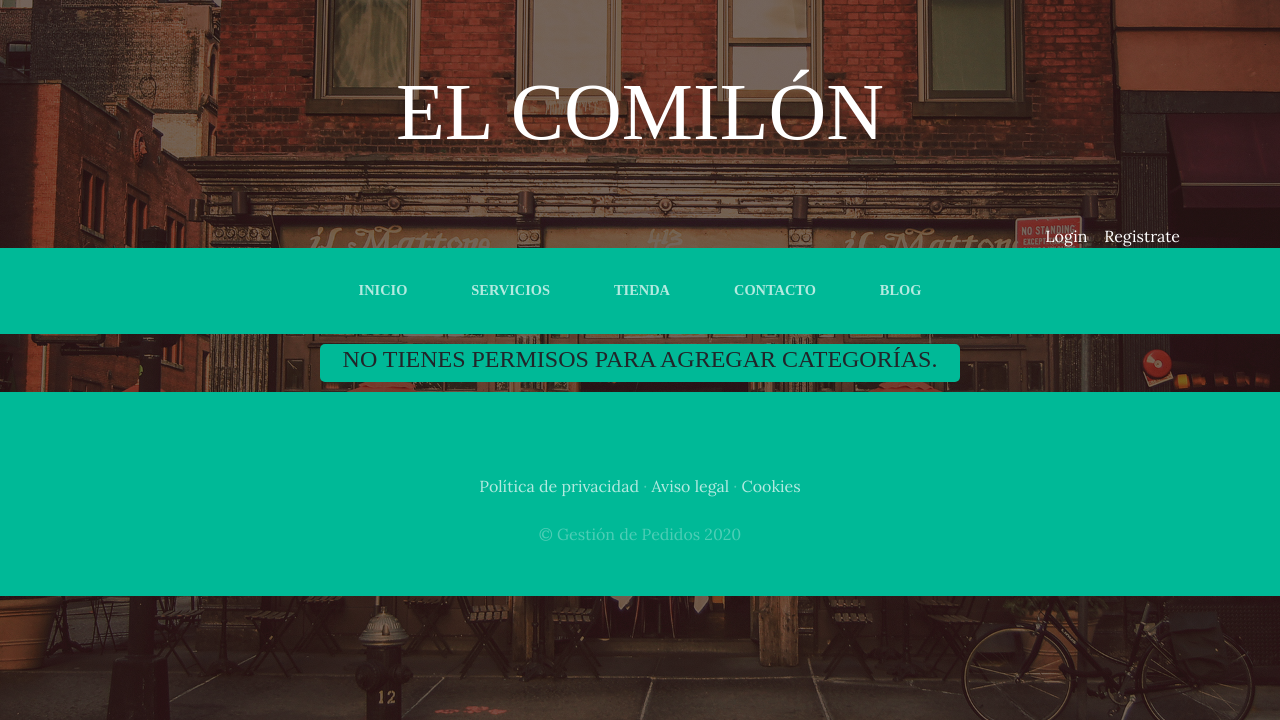
Repository: MatLarrea/Entrega_Elcomilon
Page: http://localhost/tienda/agregar_categoria/
An editor plug-in stored every save of this project. The page is shown before and after the next save, followed by the edit.
The browser window is 1280 px wide. The pictures show the whole page.
Some web fonts or font styles are not loaded; a fallback is used. The page is served by the project's application, run on Django 5.2 (manage.py). Other server files are loaded and not shown.

Above is the page before, as saved 2024-07-11 22:42:05.
Console error: TypeError: Cannot read properties of null (reading 'addEventListener')

### TiendaApp/templates/tienda/agregar_categoria.html
{% extends 'layouts/base.html'%}

{% load static %}


{% block content %}
{% if user.is_superuser %}
<div class="formularioContacto" style="text-align: center;">
    <h1 style="color: white;">Agregar Categoría</h1>
    <form method="post">
        {% csrf_token %}
        <table style="margin:20px auto; color: white;">
        {{ form.as_table }}
        </table>
        <button type="submit" style="display: block; margin: 0 auto;">Guardar Categoría</button>
    </form>
</div>
<div class="formularioContacto" style="text-align: center;">
    <h2 style="color: white; margin-top: 30px;">Listado de Categorías</h2>
    <ul style="list-style-type: none; padding: 0;">
        {% for categoria in categorias %}
        <li style="margin-bottom: 10px;">
            {{ categoria.nombre }}
            <form method="post" action="{% url 'borrar_categoria' categoria.id %}" style="display: inline;">
                {% csrf_token %}
                <button type="submit" style="margin-left: 10px;">Eliminar</button>
            </form>
        </li>
        {% empty %}
        <li style="color: white;">No hay categorías disponibles.</li>
        {% endfor %}
    </ul>
</div>
{% else %}
<div class="formularioContacto">
    <H4 style="text-align: center;">NO TIENES PERMISOS PARA AGREGAR CATEGORÍAS.</H4>
</div>
{% endif %}

{% endblock%}

### Carrito/context_processor.py
from django.contrib import messages

def importe_total_carro(request):

    total = 0

    if request.user.is_authenticated:
        for key, value in request.session["carrito"].items():
            total = total + float(value["precio"])
    else:
        total = "Error"
    return {"importe_total_carro":total}

### Tienda_OnlineApp/templates/layouts/base.html
<html>

<head>


    {% load static %}
    <!-- Bootstrap -->
    <link href="{% static 'Tienda_OnlineApp/vendor/bootstrap/css/bootstrap.min.css' %}" rel="stylesheet">

    <!-- Fonts -->

    <link href="https://fonts.googleapis.com/css2?family=Raleway:wght@300&display=swap" rel="stylesheet">
    <link href="https://fonts.googleapis.com/css?family=Lora:400,400i,700,700i" rel="stylesheet">


    <!-- Styles -->
    <link href="{% static 'Tienda_OnlineApp/css/gestion.css' %}" rel="stylesheet">
</head>

<body>

    <h1 class="site-heading text-center text-white d-none d-lg-block">

        <span class="site-heading-lower">El comilón</span>
    </h1>

    <div style="text-align: right; margin-right: 100px; color: white;">

        {% if user.is_authenticated %}
           Bienvenido {{user.username}} &nbsp;&nbsp; <a href="{% url 'cerrar_sesion'%}" style="color: white;"> Cerrar sesión</a>
        {% else %}
            <a href="{% url 'logear' %}" style="color: white;">Login</a> &nbsp;&nbsp; <a href="{% url 'registro'%}" style="color: white;">Registrate</a>
        {% endif %}
    </div>
    <!-- Navbar -->
    <nav class="navbar navbar-expand-lg navbar-dark py-lg-4" id="mainNav">
        <div class="container">
            <a class="navbar-brand text-uppercase text-expanded font-weight-bold d-lg-none" href="home.html">Gestión de Pedidos
            </a>
            <button class="navbar-toggler" type="button" data-toggle="collapse" data-target="#navbarResponsive"
                aria-controls="navbarResponsive" aria-expanded="false" aria-label="Toggle navigation">
                <span class="navbar-toggler-icon"></span>
            </button>
            <div class="collapse navbar-collapse" id="navbarResponsive">
                <ul class="navbar-nav mx-auto">
                    <li class="nav-item {% if request.path == '/' %}active{% endif %} px-lg-4">
                        <a class="nav-link text-uppercase text-expanded" href="{% url 'home' %}">Inicio</a>
                    </li>
                    <li class="nav-item {% if request.path == '/servicios/' %}active{% endif %} px-lg-4">
                        <a class="nav-link text-uppercase text-expanded" href="{% url 'servicios' %}">Servicios</a>
                    </li>
                    <li class="nav-item {% if request.path == '/tienda/' %}active{% endif %} px-lg-4">
                        <a class="nav-link text-uppercase text-expanded" href="{% url 'tienda' %}">Tienda</a>
                    </li>
                    <li class="nav-item {% if request.path == '/contacto/' %}active{% endif %} px-lg-4">
                        <a class="nav-link text-uppercase text-expanded" href="{% url 'contacto' %}">Contacto</a>
                    </li>
                    <li class="nav-item {% if request.path|slice:':6' == '/blog/' %}active{% endif %} px-lg-4">
                        <a class="nav-link text-uppercase text-expanded" href="{% url 'blog' %}">Blog</a>
                    </li>
                    {% if user.is_superuser %}
                        <li class="nav-item {% if request.path == '/agregar_categoria/' %}active{% endif %} px-lg-4">
                            <a class="nav-link text-uppercase text-expanded" href="{% url 'agregar_categoria' %}">Administracion Categorias</a>
                        </li>
                        <li class="nav-item {% if request.path == '/agregar_producto/' %}active{% endif %} px-lg-4">
                            <a class="nav-link text-uppercase text-expanded" href="{% url 'agregar_producto' %}">Administracion Productos</a>
                        </li>
                    {% endif %}
                </ul>
            </div>
        </div>
    </nav>

    <!-- Contenido de las paginas-->
    {% block content%}

    {% endblock %}

    <!-- Footer -->
    <footer class="footer text-faded text-center py-5">
        <div class="container">
            <p class="m-0">
                <a href="#" class="link">
                    <span class="fa-stack fa-lg">
                        <i class="fa fa-circle fa-stack-2x"></i>
                        <i class="fa fa-twitter fa-stack-1x fa-inverse"></i>
                    </span>
                </a>
                <a href="#" class="link">
                    <span class="fa-stack fa-lg">
                        <i class="fa fa-circle fa-stack-2x"></i>
                        <i class="fa fa-facebook fa-stack-1x fa-inverse"></i>
                    </span>
                </a>
                <a href="#" class="link">
                    <span class="fa-stack fa-lg">
                        <i class="fa fa-circle fa-stack-2x"></i>
                        <i class="fa fa-instagram fa-stack-1x fa-inverse"></i>
                    </span>
                </a>
            </p>
            <p class="m-0 mbt">
                <a href="sample.html" class="link">Política de privacidad</a> ·
                <a href="sample.html" class="link">Aviso legal</a> ·
                <a href="sample.html" class="link">Cookies</a>
            </p>
            <p class="m-0 mbt1">&copy; Gestión de Pedidos 2020</p>
        </div>
    </footer>

    <!-- Bootstrap -->
    <script src="{% static 'Tienda_OnlineApp/vendor/jquery/jquery.min.js' %}"></script>
    <script src="{% static 'Tienda_OnlineApp/vendor/bootstrap/js/bootstrap.bundle.min.js' %}"></script>
    <script src="{% static 'Tienda_OnlineApp/js/gestion.js' %}"></script>
</body>

</html>

### TiendaApp/forms.py
from django import forms
from .models import Categoria_producto, Producto

class CategoriaProductoForm(forms.ModelForm):
    class Meta:
        model = Categoria_producto
        fields = ['nombre']

class ProductoForm(forms.ModelForm):
    class Meta:
        model = Producto
        fields = ['nombre', 'precio', 'categorias', 'imagen', 'disponibilidad']

### TiendaApp/models.py
from django.db import models

# Create your models here.
class Categoria_producto(models.Model):
    nombre = models.CharField(max_length=100, unique=True)
    created = models.DateTimeField(auto_now_add=True)
    updated = models.DateTimeField(auto_now_add=True)

    class Meta:
        verbose_name = "categoria_producto"
        verbose_name_plural = "categorias_producto"

    def __str__(self):
        return self.nombre

class Producto(models.Model):
    nombre = models.CharField(max_length=50)
    precio = models.FloatField()
    categorias =  models.ForeignKey(Categoria_producto, on_delete=models.CASCADE)
    imagen = models.ImageField(upload_to="tienda", null=True, blank=True)
    disponibilidad = models.BooleanField(default=True)
    created = models.DateTimeField(auto_now_add=True)
    updated = models.DateTimeField(auto_now_add=True)

    class Meta:
        verbose_name = "producto"
        verbose_name_plural = "productos"

    def __str__(self):
        return self.nombre

### TiendaApp/views.py
from django.shortcuts import render, redirect, get_object_or_404
from .models import Producto, Categoria_producto
from .forms import CategoriaProductoForm, ProductoForm
from django.contrib import messages
from django.db import IntegrityError

# Create your views here.
def tienda(request):
    productos = Producto.objects.all()
    return render(request, "tienda/tienda.html", {"productos":productos})

def agregar_categoria(request):
    if request.method == 'POST':
        form = CategoriaProductoForm(request.POST)
        if form.is_valid():
            nombre_categoria = form.cleaned_data['nombre']
            try:
                form.save()
                messages.success(request, f'Categoría "{nombre_categoria}" agregada correctamente.')
                return redirect('agregar_categoria')  # Redirige a la misma página de agregar categoría
            except IntegrityError:
                messages.error(request, f'La categoría "{nombre_categoria}" ya existe.')
    else:
        form = CategoriaProductoForm()

    categorias = Categoria_producto.objects.all()  # Obtener todas las categorías desde la base de datos

    return render(request, 'tienda/agregar_categoria.html', {'form': form, 'categorias': categorias})

def borrar_categoria(request, categoria_id):
    categoria = get_object_or_404(Categoria_producto, pk=categoria_id)
    if request.method == 'POST':
        categoria.delete()
        messages.success(request, f'Categoría "{categoria.nombre}" eliminada correctamente.')
        return redirect('agregar_categoria')  # Redirige de nuevo a la misma página de agregar categoría
    return redirect('agregar_categoria')  # En caso de que no sea POST, redirige a la misma página de agregar categoría

def agregar_producto(request):
    if request.method == 'POST':
        form = ProductoForm(request.POST, request.FILES)
        if form.is_valid():
            form.save()
            return redirect('agregar_producto')
    else:
        form = ProductoForm()

    productos = Producto.objects.all()
    context = {
        'form': form,
        'productos': productos,
    }
    return render(request, 'tienda/agregar_producto.html', context)

def borrar_producto(request, producto_id):
    producto = get_object_or_404(Producto, id=producto_id)
    if request.method == 'POST':
        producto.delete()
        return redirect('agregar_producto')

    return render(request, 'tienda/agregar_producto.html', {'producto': producto})

### Tienda_Online/urls.py
"""
URL configuration for Tienda_Online project.

The `urlpatterns` list routes URLs to views. For more information please see:
    https://docs.djangoproject.com/en/5.0/topics/http/urls/
Examples:
Function views
    1. Add an import:  from my_app import views
    2. Add a URL to urlpatterns:  path('', views.home, name='home')
Class-based views
    1. Add an import:  from other_app.views import Home
    2. Add a URL to urlpatterns:  path('', Home.as_view(), name='home')
Including another URLconf
    1. Import the include() function: from django.urls import include, path
    2. Add a URL to urlpatterns:  path('blog/', include('blog.urls'))
"""
from django.contrib import admin
from django.urls import path, include
from django.conf import settings
from django.conf.urls.static import static

urlpatterns = [
    path('admin/', admin.site.urls),
    path('', include("Tienda_OnlineApp.urls")),
    path('servicios/', include("ServiciosApp.urls")),
    path('blog/', include("BlogApp.urls")),
    path('contacto/', include("ContactoApp.urls")),
    path('tienda/', include("TiendaApp.urls")),
    path('carrito/', include("Carrito.urls")),
    path('auth/', include("AutentificacionApp.urls")),
]

urlpatterns += static(settings.MEDIA_URL, document_root = settings.MEDIA_ROOT)

### ServiciosApp/urls.py
from django.urls import path
from . import views

urlpatterns = [
    path('', views.servicios, name="servicios"),
]

### BlogApp/urls.py
from django.urls import path
from . import views

urlpatterns = [
    path('', views.blog, name="blog"),
    path('categoria/<categoria_id>/', views.categoria, name="categoria"),
]

### ContactoApp/urls.py
from django.urls import path
from . import views

urlpatterns = [
    path('', views.contacto, name="contacto"),
]

### TiendaApp/urls.py
from django.urls import path
from . import views
from .views import agregar_categoria


urlpatterns = [
    path('', views.tienda, name="tienda"),
    path('agregar_categoria/', views.agregar_categoria, name='agregar_categoria'),
    path('borrar_categoria/<int:categoria_id>/', views.borrar_categoria, name='borrar_categoria'),
    path('agregar_producto/', views.agregar_producto, name='agregar_producto'),
    path('borrar_producto/<int:producto_id>/', views.borrar_producto, name='borrar_producto'),
]

### Carrito/urls.py
from django.urls import path
from . import views

app_name = "ctienda"

urlpatterns = [

    path("agregar/<int:producto_id>/", views.agregar_producto, name="agregar"),
    path("eliminar/<int:producto_id>/", views.eliminar_producto, name="eliminar"),
    path("restar/<int:producto_id>/", views.restar_producto, name="restar"),
    path("limpiar/", views.limpiar_carrito, name="limpiar"),
]

### AutentificacionApp/urls.py
from django.urls import path
from .views import VRegistro, cerrar_sesion, logear



urlpatterns = [
    path('', VRegistro.as_view() , name="registro"),
    path('cerrar_sesion', cerrar_sesion, name="cerrar_sesion"),
    path('login', logear, name="logear"),
]

### Tienda_OnlineApp/static/Tienda_OnlineApp/css/gestion.css
body {
  font-family: 'Lora';
  background: linear-gradient(rgba(47, 23, 15, 0.65), rgba(47, 23, 15, 0.65)), url("../img/bg_mainn.jpg");
  background-attachment: fixed;
  background-position: center;
  background-size: cover;
}

h1,
h2,
h3,
h4,
h5,
h6 {
  font-family: 'Raleway';
}

p {
  line-height: 1.75;
}

.text-faded {
  color: rgba(255, 255, 255, 0.3);
}

.site-heading {
  margin-top: 5rem;
  margin-bottom: 5rem;
  text-transform: uppercase;
  line-height: 1;
  font-family: 'Raleway';
}

.site-heading .site-heading-upper {
  display: block;
  font-size: 2rem;
  font-weight: 800;
}

.site-heading .site-heading-lower {
  font-size: 5rem;
  font-weight: 100;
  line-height: 4rem;
}

.page-section {
  margin-top: 5rem;
  margin-bottom: 5rem;
}

.section-heading {
  text-transform: uppercase;
}

.section-heading .section-heading-upper {
  display: block;
  font-size: 1rem;
  font-weight: 800;
  padding-bottom: .5rem;

}

.section-heading .section-heading-lower {
  display: block;
  font-size: 3rem;
  font-weight: 100;
}


.section-heading .section-heading-under {
  display: block;
  font-size: 1rem;
  text-transform: none;
  font-weight: 300;
  margin-top: .5rem;
}

.bg-faded {
  background-color: rgba(255, 255, 255, 0.85);
}

#mainNav {
  background-color: rgb(0, 185, 151);
  font-family: 'Raleway';
}

#mainNav .navbar-brand {
  color: #ffffff;
}

#mainNav .navbar-nav .nav-item .nav-link {
  color: rgba(255, 255, 255, 0.7);
  font-weight: 800;
}

#mainNav .navbar-nav .nav-item.active .nav-link {
  color: #ffffff;
  text-decoration: underline;
}

@media (min-width: 992px) {
  #mainNav .navbar-nav .nav-item .nav-link {
    font-size: 0.9rem;
  }

  #mainNav .navbar-nav .nav-item .nav-link:hover {
    color: rgba(255, 255, 255, 0.4);
    text-decoration: underline;
  }

  #mainNav .navbar-nav .nav-item.active .nav-link:hover {
    color: #ffffff;
    text-decoration: underline;
  }
}

.btn-xl {
  font-weight: 700;
  font-size: 0.8rem;
  padding-top: 1.5rem;
  padding-bottom: 1.5rem;
  padding-left: 2rem;
  padding-right: 2rem;
}

.intro {
  position: relative;
}

@media (min-width: 992px) {
  .intro .intro-img {
    width: 75%;
    float: left;
  }

  .intro .intro-text {
    left: 600;
    width: 60%;
    margin-top: 3rem;
    background-color: rgb(0, 185, 151);
    color: cornsilk;
    position: absolute;
  }

  .intro .intro-text .intro-button {
    width: 100%;
    left: 0;
    position: absolute;
    bottom: -2rem;
  }
}

@media (min-width: 1200px) {
  .intro .intro-text {
    width: 45%;
  }
}

.cta {
  padding-top: 5rem;
  padding-bottom: 5rem;
  background-color: rgb(242, 245, 240);
}

.cta .cta-inner {
  position: relative;
  padding: 3rem;
  margin: 0.5rem;
  background-color: rgb(0, 185, 151);
  color: cornsilk;
}

.cta .cta-inner:before {
  border-radius: 0.5rem;
  content: '';
  position: absolute;
  top: -0.5rem;
  bottom: -0.5rem;
  left: -0.5rem;
  right: -0.5rem;
  border: 0.25rem solid rgba(255, 255, 255, 0.85);
}

.cta .cta-innerv {
  position: relative;
  padding: 3rem;
  margin: 0.5rem;
  background-color: rgba(255, 255, 255, 0.85);
}

@media (min-width: 992px) {
  .about-heading .about-heading-img {
    position: relative;
    z-index: 0;
  }

  .about-heading .about-heading-content {
    margin-top: -5rem;
    position: relative;
    z-index: 1;
  }
}

@media (min-width: 992px) {
  .product-item .product-item-title {
    position: relative;
    z-index: 1;
    margin-bottom: -3rem;
  }

  .product-item .product-item-img {
    position: relative;
    z-index: 0;
    max-width: 60vw;
  }

  .product-item .product-item-description {
    position: relative;
    z-index: 1;
    margin-top: -3rem;
    max-width: 50vw;
  }
}



@media (min-width: 992px) {
  .list-hours {
    width: 50%;
    font-size: 1.1rem;
  }
}

.address strong {
  font-size: 1.2rem;
}

.footer {
  background-color: rgb(0, 185, 151);
}



.btn {
  box-shadow: 0px 3px 3px 0px rgba(33, 37, 41, 0.1);
}



.font-weight-light {
  font-weight: 100 !important;
}

.mbtm {
  padding-top: 5rem;
}

.mbt {
  padding-top: 2rem;
}

.mbt1 {
  padding-top: 1.25rem;
}

a.link {
  color: rgba(255, 255, 255, 0.7);
}

a.link:hover {
  text-decoration: none;
  color: rgba(255, 255, 255, 0.4);
}

.section-content {
  font-family: 'Lora' !important;
  font-size: 16px !important;
  font-weight: 400 !important;
  line-height: 28px !important;
}

ul.errorlist {
  padding-top: .75rem;
  font-style: italic;
  color: red;
}

.linksCategorias{
  color: white !important;
  text-decoration: underline;
}

.linksCategorias:hover{
  text-decoration: none;
}

.formularioContacto{
  background-color:  rgb(0, 185, 151);
  margin: auto;
  width: 50%;
  margin: 10px auto;
  border-radius: 5px;
  padding: 1px 0px;
}

/*Mapa api*/

#encuentranos p{
  text-align: center;
}

#map{
  border-radius: 5rem;
  border-style: ridge;
  border-width: 1rem;
  border-color:  rgb(0, 185, 151);
  height: 30rem;
  width: 80%;
  margin: auto;
}

.texto-mapa{
  color: black;
  font-size: 2rem;
}

.mapa{
  background-color: #fff;
  padding-bottom: 5rem;
}

.clima button{

  text-decoration: none;
  color: #fff;
  border-color: black;
  max-width: 20rem;
  height: 2rem;
}

#resultado{
  background-color:   rgb(0, 185, 151);
  color: black;
  max-width: 15rem;
}

#inicio{
  margin: 1% 1%;
}

### Tienda_OnlineApp/static/Tienda_OnlineApp/js/gestion.js
//Creacion de ubicacion localizacion local google map api
let map;
async function initMap() {
  let coord  = {lat:-33.012516 ,lng:-71.549197 };
  const { Map } = await google.maps.importLibrary("maps");
  map = new Map(document.getElementById("map"), {
    center: coord,
    zoom: 16,
  });
  var marker = new google.maps.Marker({
    position: coord,
    map: map
});
}
initMap();


//Obtencion datos API openweathermap
let key = 'b2158dabed90c6c3a9797b6e96405750';
let ciudad = document.getElementById('city');
let boton = document.getElementById('btn');
let resultado = document.getElementById('resultado');
let get_weather = () => {
  let city_name = ciudad.value;
    let url = `https://api.openweathermap.org/data/2.5/weather?q=${city_name}&appid=${key}&units=metric`
    fetch(url).then((resp) => resp.json()).then(data => {
      console.log("la temperatura es " +(data.main.temp)+'°');
      console.log(data.weather[0].description);
      console.log(data);
      resultado.innerHTML = `<h2>${data.name} | ${data.main.temp+'°'}</h2>`
    });
}
boton.addEventListener('click',get_weather);

Loaded but not shown: Tienda_OnlineApp/urls.py (common file)

After the next save:
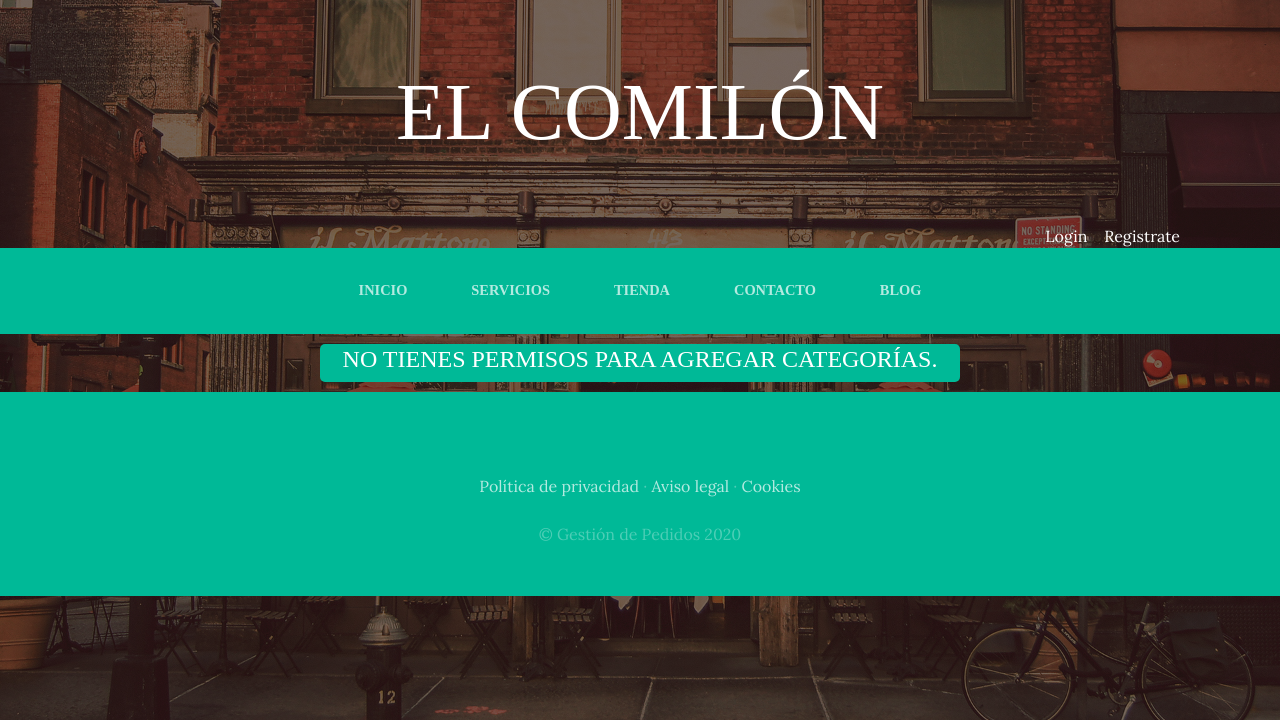
Saved 14 s later.
--- a/TiendaApp/templates/tienda/agregar_categoria.html
+++ b/TiendaApp/templates/tienda/agregar_categoria.html
@@ -33,7 +33,7 @@
 </div>
 {% else %}
 <div class="formularioContacto">
-    <H4 style="text-align: center;">NO TIENES PERMISOS PARA AGREGAR CATEGORÍAS.</H4>
+    <H4 style="text-align: center; color: white;">NO TIENES PERMISOS PARA AGREGAR CATEGORÍAS.</H4>
 </div>
 {% endif %}
 
